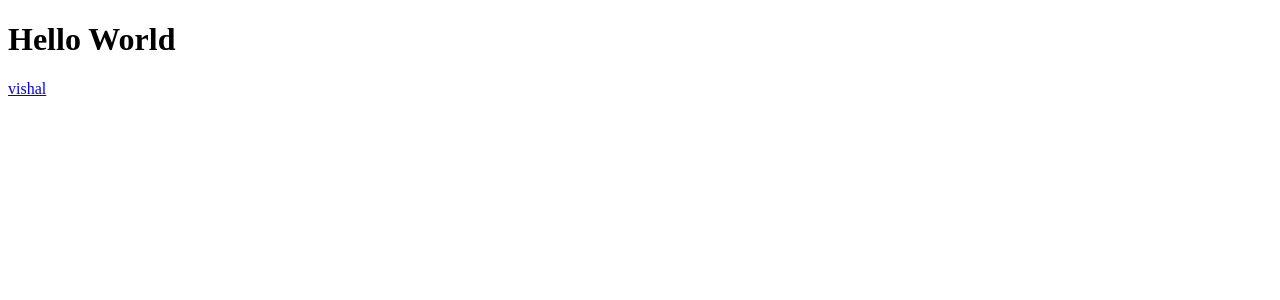
Repository: ravikumar0303/Advance-Java
Page: ServletProject/src/main/webapp/index.html
An editor plug-in stored every save of this project. The page is shown before and after the next save, followed by the edit.
The browser window is 1280 px wide. The pictures show the whole page.

Above is the page before, as saved 2023-06-20 07:05:26.

After the next save:
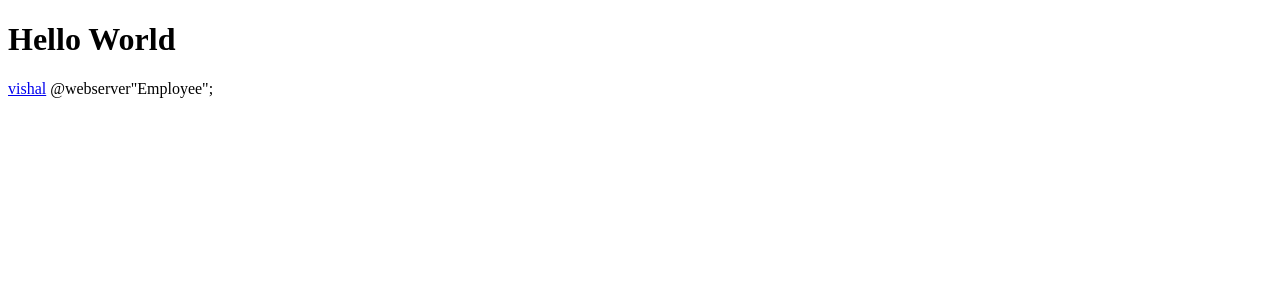
Saved 21 s later.
--- a/ServletProject/src/main/webapp/index.html
+++ b/ServletProject/src/main/webapp/index.html
@@ -9,3 +9,6 @@
  <a href="/Employee">vishal</a>
 </body>
 </html>
+
+
+@webserver"Employee";

After the save that followed:
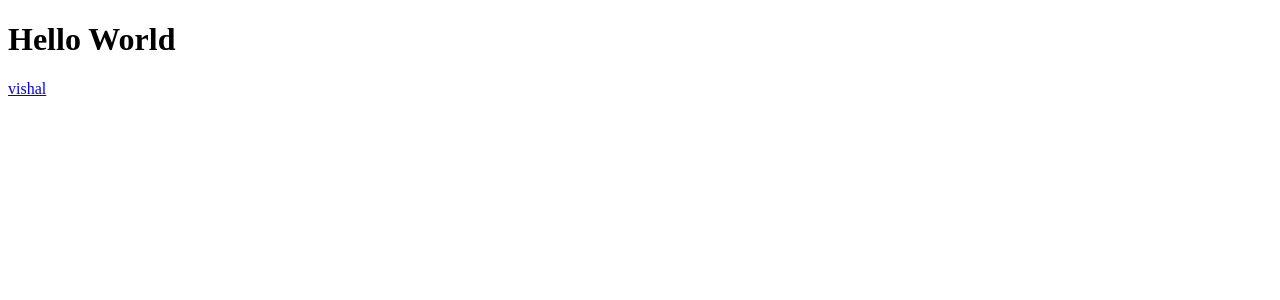
Saved 19 s later.
--- a/ServletProject/src/main/webapp/index.html
+++ b/ServletProject/src/main/webapp/index.html
@@ -9,6 +9,3 @@
  <a href="/Employee">vishal</a>
 </body>
 </html>
-
-
-@webserver"Employee";
